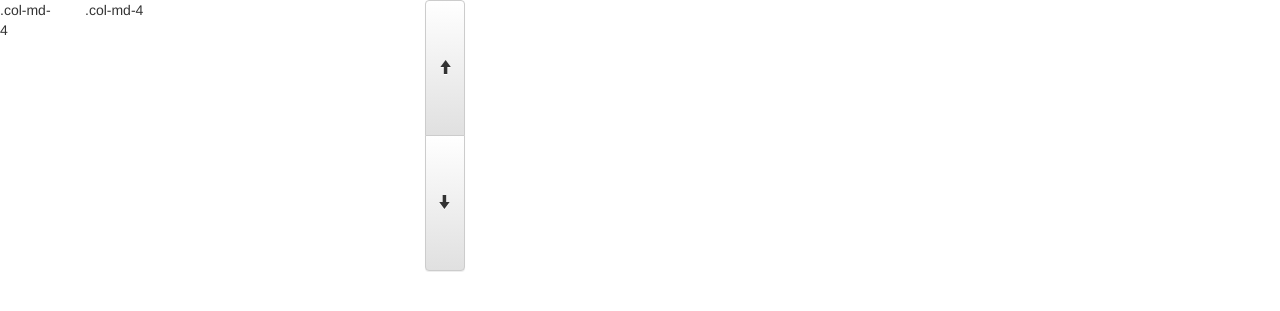
Repository: bmatusiak/bbb-usb-tool-nw
Page: index.html
The author's editor kept a record of every edit. The page is drawn from the files as they stood at one moment, then again after the next edit.
The browser window is 1280 px wide. The pictures show the whole page.

Above is the page before.
Console error: ReferenceError: global is not defined

### index.html
<!DOCTYPE html>
<html>

    <head>
        <title>USB-Tool</title>
        <meta name="viewport"
        content="width=device-width, initial-scale=1.0">

        <link rel="stylesheet" href="bootstrap/css/bootstrap.css" />
        <link rel="stylesheet" href="bootstrap/css/bootstrap-theme.css">
        <script src="js/jquery-1.8.2.min.js"></script>
        <style type="text/css">
            html,body{
                height:272px;
                width:480px;
                overflow:hidden;
            }
        </style>
    </head>

    <body>
        <div class="row" style="height:100%;" >
            <div class="col-xs-2">.col-md-4</div>
            <div class="col-xs-8">.col-md-4</div>
            <div class="col-xs-2">
                <div class="btn-group-vertical">
                  <button type="button" class="btn btn-default" style="height:136px;"><span class="glyphicon glyphicon-arrow-up"></span></button>
                  <button type="button" class="btn btn-default"style="height:136px;"><span class="glyphicon glyphicon-arrow-down"></span></button>
                </div>

            </div>
        </div>

        <script src="bootstrap/js/bootstrap.min.js"></script>

        <script src="main.js"></script>
    </body>

</html>

### main.js
var $ = global.$ = $;
var spawn = require('child_process').spawn

    function runCommand(cmd, done) {
        var c = cmd.split(" ");
        var Cmd = c.splice(0, 1);
        var runC = spawn(Cmd, c);
        var runCout = "";
        var runCerr = "";

        if (!done) done = function() {};

        runC.stdout.on('data', function(data) {
            runCout += data.toString();
        });

        runC.stderr.on('data', function(data) {
            runCerr += data.toString();
        });

        runC.on('close', function(code) {
            alert(runCerr);
            alert(runCout);
            done();
        });
    }

var gui = require('nw.gui');
var win = gui.Window.get();

$(document).ready(function() {
    win.resizeTo(window.screen.availWidth, window.screen.availHeight);
});

var fs = require('fs');

function setupFiles(fpath) {
    fs.readdir(fpath, function(err, files) {
        if (err) throw err;
        for (var i in files) {
            var theFile = $('<button type="button" class="file btn btn-default btn-block" data-fpath="' + fpath + '">' + files[i] + '</button>');
            theFile.appendTo("#files");
            theFile.click(function() {
                $(".file").removeClass("btn-warning");
                $(this).addClass("btn-warning");
            });
        }
    });
}

setupFiles("/mnt/microsd");

$("#btn-ok").click(function() {
    var file = $(".file.btn-warning").data("fpath") + "/" + $(".file.btn-warning").text();
    //alert(file);
    runCommand("rmmod g_mass_storage", function() {
        $(".btn-primary").removeClass("btn-primary");

        runCommand("modprobe g_mass_storage file=" + file + " cdrom=1", function() {
            $(".file.btn-warning").removeClass("btn-warning").addClass("btn-primary");
        });
    })

})

Loaded but not shown: bootstrap/css/bootstrap.css (library); bootstrap/css/bootstrap-theme.css (library); js/jquery-1.8.2.min.js (library); bootstrap/js/bootstrap.min.js (library)

After the next edit:
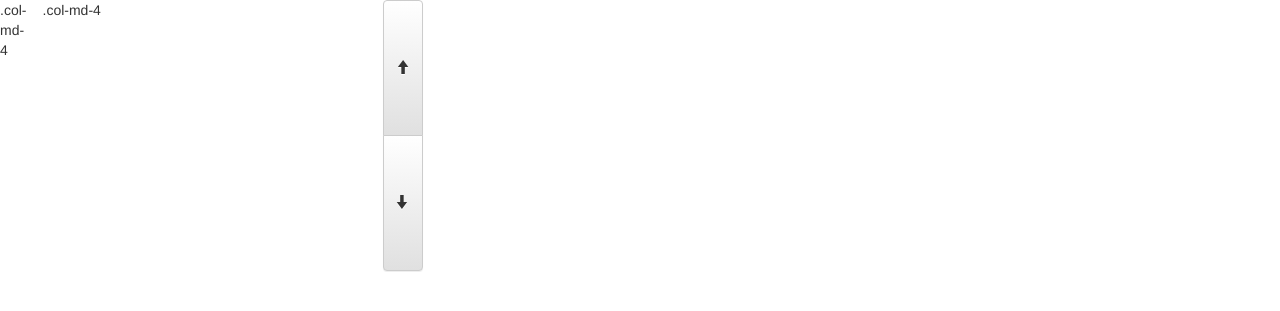
The edit:
--- a/index.html
+++ b/index.html
@@ -20,7 +20,7 @@
 
     <body>
         <div class="row" style="height:100%;" >
-            <div class="col-xs-2">.col-md-4</div>
+            <div class="col-xs-1">.col-md-4</div>
             <div class="col-xs-8">.col-md-4</div>
             <div class="col-xs-2">
                 <div class="btn-group-vertical">
